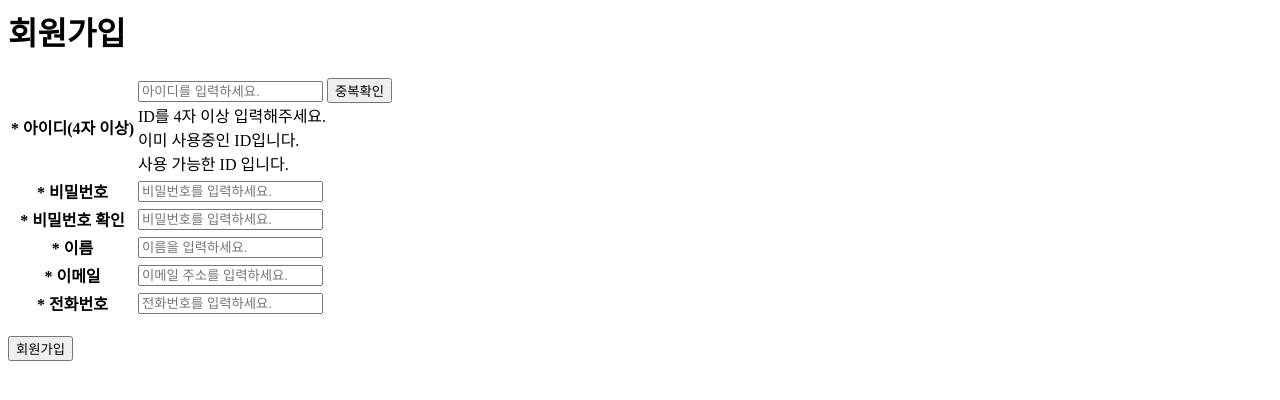
Repository: Wan7939/gotoDomang
Page: http://localhost/gotoDomang/WEB-INF/jsp/reservation/insert_reservation.jsp
These files come from the project's save history. The page is drawn as it stood at one moment and after the next save; the edit follows.
The browser window is 1280 px wide. The pictures show the whole page.
The page is served by Tomcat 9. Nobody is signed in. Other server files are loaded and not shown. The template is opened directly, without the code that normally fills it, so the values that code supplies are empty.

Above is the page before, as saved 2021-10-29 17:13:54.

### gotoDomang/src/main/webapp/WEB-INF/jsp/reservation/insert_reservation.jsp
<%@ page language="java" contentType="text/html; charset=UTF-8"
    pageEncoding="UTF-8"%>
<div class="d-flex justify-content-center">
	<div class="sign-up-box">
		<h1 class="mb-4">회원가입</h1>
		<form id="signUpForm" method="post" action="/user/sign_up">
			<table class="sign-up-table table table-bordered">
				<tr>
					<th>* 아이디(4자 이상)<br></th>
					<td>
						<%-- 인풋박스 옆에 중복확인을 붙이기 위해 div를 하나 더 만들고 d-flex --%>
						<div class="d-flex">
							<input type="text" id="loginId" name="loginId" class="form-control" placeholder="아이디를 입력하세요.">
							<button type="button" id="loginIdCheckBtn" class="btn btn-success">중복확인</button><br>
						</div>

						<%-- 아이디 체크 결과 --%>
						<%-- d-none 클래스: display none (보이지 않게) --%>
						<div id="idCheckLength" class="small text-danger d-none">ID를 4자 이상 입력해주세요.</div>
						<div id="idCheckDuplicated" class="small text-danger d-none">이미 사용중인 ID입니다.</div>
						<div id="idCheckOk" class="small text-success d-none">사용 가능한 ID 입니다.</div>
					</td>
				</tr>
				<tr>
					<th>* 비밀번호</th>
					<td><input type="password" id="password" name="password" class="form-control" placeholder="비밀번호를 입력하세요."></td>
				</tr>
				<tr>
					<th>* 비밀번호 확인</th>
					<td><input type="password" id="confirmPassword" class="form-control" placeholder="비밀번호를 입력하세요."></td>
				</tr>
				<tr>
					<th>* 이름</th>
					<td><input type="text" id="name" name="name" class="form-control" placeholder="이름을 입력하세요."></td>
				</tr>
				<tr>
					<th>* 이메일</th>
					<td><input type="text" id="email" name="email" class="form-control" placeholder="이메일 주소를 입력하세요."></td>
				</tr>
				<tr>
					<th>* 전화번호</th>
					<td><input type="text" id="phoneNumber" name="phoneNumber" class="form-control" placeholder="전화번호를 입력하세요."></td>
				</tr>
			</table>
			<br>

			<button type=button id="signUpBtn" class="btn btn-sign-up float-right mb-2">회원가입</button>
		</form>
	</div>
</div>

After the next save:
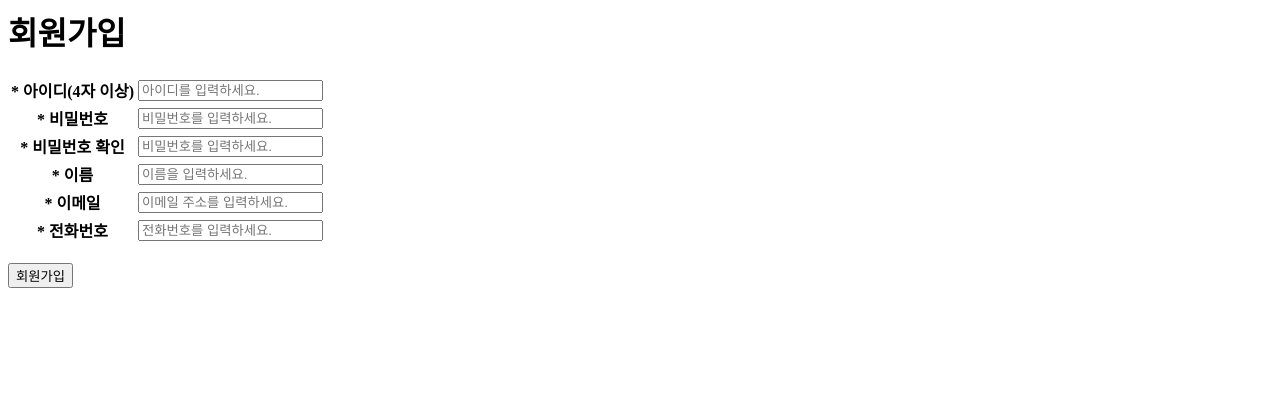
Saved 49 s later.
--- a/gotoDomang/src/main/webapp/WEB-INF/jsp/reservation/insert_reservation.jsp
+++ b/gotoDomang/src/main/webapp/WEB-INF/jsp/reservation/insert_reservation.jsp
@@ -10,15 +10,9 @@
 					<td>
 						<%-- 인풋박스 옆에 중복확인을 붙이기 위해 div를 하나 더 만들고 d-flex --%>
 						<div class="d-flex">
-							<input type="text" id="loginId" name="loginId" class="form-control" placeholder="아이디를 입력하세요.">
-							<button type="button" id="loginIdCheckBtn" class="btn btn-success">중복확인</button><br>
+							<input type="text" id="name" name="name" class="form-control" placeholder="아이디를 입력하세요.">
 						</div>
 
-						<%-- 아이디 체크 결과 --%>
-						<%-- d-none 클래스: display none (보이지 않게) --%>
-						<div id="idCheckLength" class="small text-danger d-none">ID를 4자 이상 입력해주세요.</div>
-						<div id="idCheckDuplicated" class="small text-danger d-none">이미 사용중인 ID입니다.</div>
-						<div id="idCheckOk" class="small text-success d-none">사용 가능한 ID 입니다.</div>
 					</td>
 				</tr>
 				<tr>
